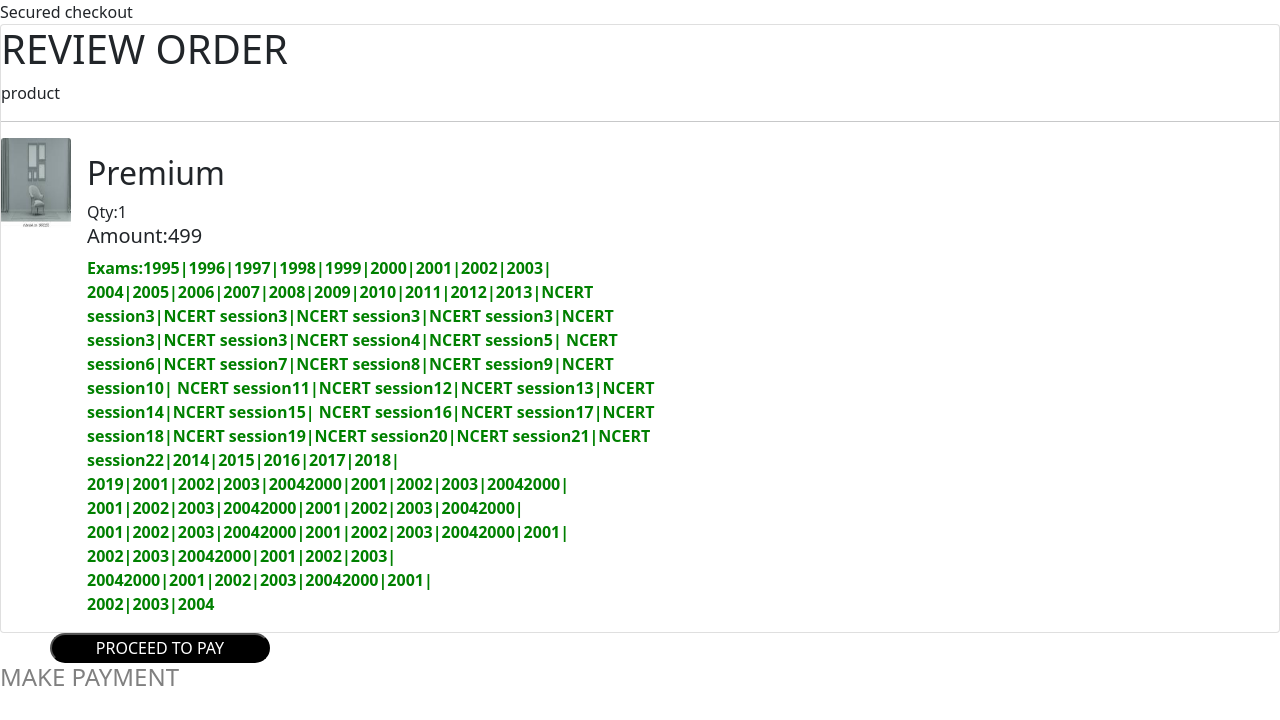
Repository: sreech465/e-prathibha
Page: /checkouts
An editor plug-in stored every save of this project. The page is shown before and after the next save, followed by the edit.
The browser window is 1280 px wide. The pictures show the whole page.
The project was rebuilt for these pictures with package versions that can differ from the ones it lists, and the page was loaded fresh each time. Also part of the build but not shown: src/Redux/Actions.js, src/Components/Register.js, src/Components/Verify.js, src/Components/Header.js, src/Components/Login.js, src/Components/Popup.css, src/Components/Popup.js, src/Components/WritExam.css and 10 more.

Above is the page before, as saved 2022-10-18 19:27:42.

### src/index.js
import React from "react";
import ReactDOM from "react-dom/client";
import "./index.css";
import App from "./App";
import reportWebVitals from "./reportWebVitals";
import { Provider } from "react-redux";
import { store } from "./Redux/Store";

import "bootstrap/dist/css/bootstrap.min.css";

const root = ReactDOM.createRoot(document.getElementById("root"));
root.render(
  <React.StrictMode>
    <Provider store={store}>
      <App />
    </Provider>
  </React.StrictMode>
);

// If you want to start measuring performance in your app, pass a function
// to log results (for example: reportWebVitals(console.log))
// or send to an analytics endpoint. Learn more: https://bit.ly/CRA-vitals
reportWebVitals();

### src/App.js
import "bootstrap/dist/css/bootstrap.min.css";
import "./App.css";
import Register from "./Components/Register";
import { useSelector } from "react-redux";
import Verify from "./Components/Verify";
import Header from "./Components/Header";
import Login from "./Components/Login";
import { Routes, Route } from "react-router-dom";
import WriteExam from "./Components/WriteExam";
import { BrowserRouter } from "react-router-dom";
import ListOfExams from "./Components/ListOfExams";
import CategoryOfExams from "./Components/CategoryOfExams";
import PremiumList from "./Components/PremiumList";
import MockList from "./Components/MockList";
import PwriteExam from "./Components/PwriteExam";
import Sidebar from "./Components/Sidebar";
import Packageanu from "./Components/Packageanu";
import Checkouts from "./Components/Checkouts";

import Finalpage from "./Components/Finalpage";
function App() {
  const state = useSelector((state) => state);
  console.log(state);

  return (
    <>
      <div className="App">
        <BrowserRouter>
          <Routes>
            <Route path="/register" element={<Register />} />
            <Route path="/Verify" element={<Verify />} />
            <Route path="/" element={<Login />} />
            <Route path="/ListOfExams" element={<ListOfExams />} />
            <Route path="/PremiumList" element={<PremiumList />} />
            <Route path="/MockList" element={<MockList />} />
            <Route path="/CategoryOfExams" element={<CategoryOfExams />} />
            <Route path="/ListOfExams/:id" element={<WriteExam />} />
            <Route path="/PremiumList/:id" element={<WriteExam />} />
            <Route path="/packages" element={<Packageanu />} />
            <Route path="/checkouts" element={<Checkouts />} />
            <Route path="/finalpage" element={<Finalpage />} />
          </Routes>
        </BrowserRouter>
      </div>
    </>
  );
}

export default App;

### src/Redux/Store.js
import { applyMiddleware } from "redux";

import { createStore } from "redux";
import thunk from "redux-thunk";
import { rootreducer } from "./CombineReducers";

export const store = createStore(rootreducer, applyMiddleware(thunk));

### src/App.css
.Sidebar {

  height:100%;
  width:50px;
  background-color: black;
  top:0;
  position:fixed;


}

body{
  margin:0;
  padding:0;
}

.App{
  width:100vw;
  height: 100vh;
}

.SidebarList{
  height: auto;
  padding: 0;
  width:100%;
}

.SidebarList .row{
  width:100%;
  height: 50px;
  border: rgba(11, 11, 11, 0.851);
list-style-type: none;
margin: 0;
color: white;
left: 0;
font-family: 'Lucida Sans', 'Lucida Sans Regular', 'Lucida Grande', 'Lucida Sans Unicode', Geneva, Verdana, sans-serif;
}

.row #icon {
  flex: 30%;
  display: grid;
  place-items: center;
}

### src/Components/Checkouts.js
import React from "react";
import { useNavigate } from "react-router-dom";
const Checkouts = () => {
  const navigate = useNavigate();
  const handleGet = () => {
    navigate("/finalpage");
  };
  return (
    <>
      <div>Secured checkout</div>

      <div class="card">
        <h1>REVIEW ORDER</h1>
        <div>product</div>
        <hr />
        <div style={{ display: "flex" }}>
          <img
            class="card-img-top"
            style={{ width: 70, height: 90 }}
            src="data:[embedded picture, 3279 characters]"
            alt="Card image cap"
          />
          <div class="card-body">
            <h2>Premium</h2>
            <div>Qty:1</div>
            <h5>Amount:499</h5>
            <div style={{ color: "green", fontWeight: "bold" }}>
              Exams:1995|1996|1997|1998|1999|2000|2001|2002|2003|
              <br />
              2004|2005|2006|2007|2008|2009|2010|2011|2012|2013|NCERT
              <br />
              session3|NCERT session3|NCERT session3|NCERT session3|NCERT
              <br />
              session3|NCERT session3|NCERT session4|NCERT session5| NCERT
              <br />
              session6|NCERT session7|NCERT session8|NCERT session9|NCERT
              <br />
              session10| NCERT session11|NCERT session12|NCERT session13|NCERT
              <br />
              session14|NCERT session15| NCERT session16|NCERT session17|NCERT
              <br />
              session18|NCERT session19|NCERT session20|NCERT session21|NCERT
              <br />
              session22|2014|2015|2016|2017|2018|
              <br />
              2019|2001|2002|2003|20042000|2001|2002|2003|20042000|
              <br />
              2001|2002|2003|20042000|2001|2002|2003|20042000|
              <br />
              2001|2002|2003|20042000|2001|2002|2003|20042000|2001|
              <br />
              2002|2003|20042000|2001|2002|2003|
              <br />
              20042000|2001|2002|2003|20042000|2001|
              <br />
              2002|2003|2004
            </div>
          </div>
        </div>
      </div>
      {/* <input
        style={{
          backgroundColor: "black",
          width: 130,
          height: 30,
          color: "white",
        }}
        type="button"
        value="MAKE PAYMENT"
        onclick={handlepay}
      /> */}
      <button
        style={{
          borderRadius: 40,
          backgroundColor: "black",
          color: "white",
          width: 220,
          height: 30,
          marginLeft: 50,
        }}
        onClick={handleGet}
      >
        PROCEED TO PAY
      </button>
      <h4 style={{ color: "gray" }}>MAKE PAYMENT</h4>
    </>
  );
};

export default Checkouts;

### src/Redux/CombineReducers.js
import { combineReducers } from "redux";
import {
  loginReducer,
  packageReducer,
  payReducer,
  submitExamReducer,
} from "./Reducer";
import { endExamReducer } from "./Reducer";
import { yearlyQreducer } from "./Reducer";
import { verifyReducer } from "./Reducer";
import { registerReducer } from "./Reducer";
import { writeExamReducer } from "./Reducer";
import { premiumReducer } from "./Reducer";
import { mockReducer } from "./Reducer";

export const rootreducer = combineReducers({
  RegisterReducer: registerReducer,
  VerifyReducer: verifyReducer,
  LoginReducer: loginReducer,
  GetYearlyReducer: yearlyQreducer,
  WexamReducer: writeExamReducer,
  EexamReducer: endExamReducer,
  PremiumReducer: premiumReducer,
  MockReducer: mockReducer,
  SubmitExamReducer: submitExamReducer,
  PayReducer: payReducer,
  PackageReducer: packageReducer,
});

### src/Components/Sidebardata.js
import React from "react";
import HomeIcon from "@mui/icons-material/Home";
import ShoppingCartIcon from "@mui/icons-material/ShoppingCart";
import LegendToggleIcon from "@mui/icons-material/LegendToggle";
import LiveHelpIcon from "@mui/icons-material/LiveHelp";
import ManageSearchIcon from "@mui/icons-material/ManageSearch";
import AssistantPhotoIcon from "@mui/icons-material/AssistantPhoto";
import BuildIcon from "@mui/icons-material/Build";
import DomainVerificationIcon from "@mui/icons-material/DomainVerification";
export const Sidebardata = [
  {
    title: "",
    icon: <HomeIcon />,
    link: "/",
  },
  {
    title: "",
    icon: <ShoppingCartIcon />,
    link: "/packages",
  },
  {
    title: "",
    icon: <LegendToggleIcon />,
    link: "/summary",
  },
  {
    title: "",
    icon: <AssistantPhotoIcon />,
    link: "/result",
  },
  {
    title: "",
    icon: <ManageSearchIcon />,
    link: "/search",
  },
  {
    title: "",
    icon: <LiveHelpIcon />,
    link: "/help",
  },
  {
    title: "",
    icon: <BuildIcon />,
    link: "/help",
  },

  {
    title: "",
    icon: <DomainVerificationIcon />,
    link: "/help",
  },
];

### src/Redux/Reducer.js
import { Actions } from "../Components/types";

const initialstate1 = {
  user1: "",
  user2: "",
  user3: "",
  user4: "",
  user5: "",
  user6: "",
  user7: "",
  user8: "",
  user9: "",
  user10: "",
  user11: "",
};

export const loginReducer = (state = initialstate1, action) => {
  const { type, payload } = action;

  switch (type) {
    case Actions.LOGIN:
      return { ...state, user3: payload };
    default:
      return state;
  }
};

export const registerReducer = (state = initialstate1, action) => {
  const { type, payload } = action;

  switch (type) {
    case Actions.REGISTER:
      return { ...state, user1: payload };
    default:
      return state;
  }
};

export const verifyReducer = (state = initialstate1, action) => {
  const { type, payload } = action;

  switch (type) {
    case Actions.VERIFY:
      return { ...state, user2: payload };
    default:
      return state;
  }
};

export const yearlyQreducer = (state = initialstate1, action) => {
  const { type, payload } = action;

  switch (type) {
    case Actions.GETYEARLYQUESTIONS:
      return { ...state, user4: payload };
    default:
      return state;
  }
};

export const premiumReducer = (state = initialstate1, action) => {
  const { type, payload } = action;

  switch (type) {
    case Actions.PREMIUMEXAMS:
      return { ...state, user7: payload };
    default:
      return state;
  }
};

export const mockReducer = (state = initialstate1, action) => {
  const { type, payload } = action;

  switch (type) {
    case Actions.MOCKEXAMS:
      return { ...state, user8: payload };
    default:
      return state;
  }
};

export const writeExamReducer = (state = initialstate1, action) => {
  const { type, payload } = action;

  switch (type) {
    case Actions.WRITETHEEXAM:
      return { ...state, user5: payload };
    default:
      return state;
  }
};

export const submitExamReducer = (state = initialstate1, action) => {
  const { type, payload } = action;

  switch (type) {
    case Actions.SUBMITEXAM:
      return { ...state, user9: payload };
    default:
      return state;
  }
};

export const endExamReducer = (state = initialstate1, action) => {
  const { type, payload } = action;

  switch (type) {
    case Actions.ENDTHEEXAM:
      return { ...state, user6: payload };
    default:
      return state;
  }
};

export const payReducer = (state = initialstate1, action) => {
  const { type, payload } = action;

  switch (type) {
    case Actions.PAYDETAILS:
      return { ...state, user10: payload };
    default:
      return state;
  }
};

export const packageReducer = (state = initialstate1, action) => {
  const { type, payload } = action;

  switch (type) {
    case Actions.PACKAGEDETAILS:
      return { ...state, user11: payload };
    default:
      return state;
  }
};

### src/Components/types.js
export const Actions = {
  LOGIN: "LOGIN",
  REGISTER: "REGISTER",
  VERIFY: "VERIFY",
  GETYEARLYQUESTIONS: "GETYEARLYQUESTIONS",
  WRITETHEEXAM: "WRITETHEEXAM",
  SUBMITEXAM: "SUBMITEXAM",
  ENDTHEEXAM: "ENDTHEEXAM",
  PREMIUMEXAMS: "PREMIUMEXAMS",
  MOCKEXAMS: "MOCKEXAMS",
  PAYDETAILS: "PAYDETAILS",
  PACKAGEDETAILS: "PACKAGEDETAILS",
};

Loaded but not shown: public/index.html (common file); src/index.css (common file); src/reportWebVitals.js (common file)

After the next save:
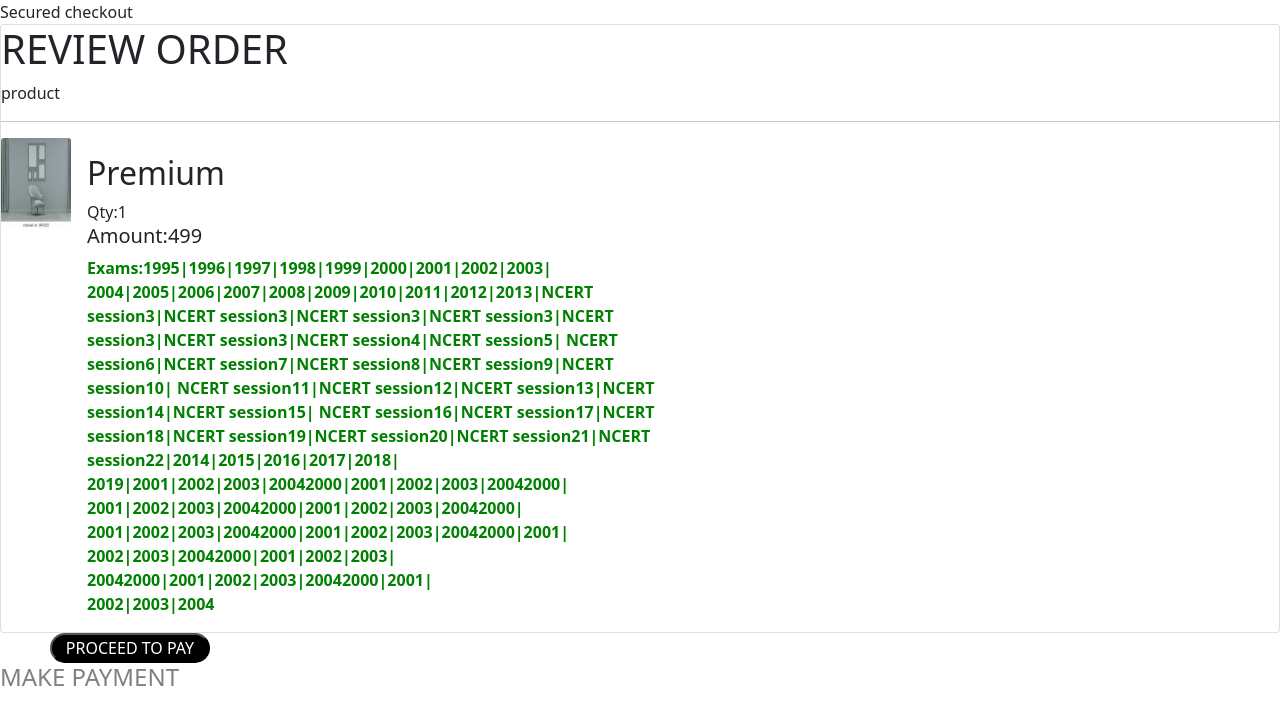
Saved 12 s later.
--- a/src/Components/Checkouts.js
+++ b/src/Components/Checkouts.js
@@ -74,7 +74,7 @@ const Checkouts = () => {
           borderRadius: 40,
           backgroundColor: "black",
           color: "white",
-          width: 220,
+          width: 160,
           height: 30,
           marginLeft: 50,
         }}
